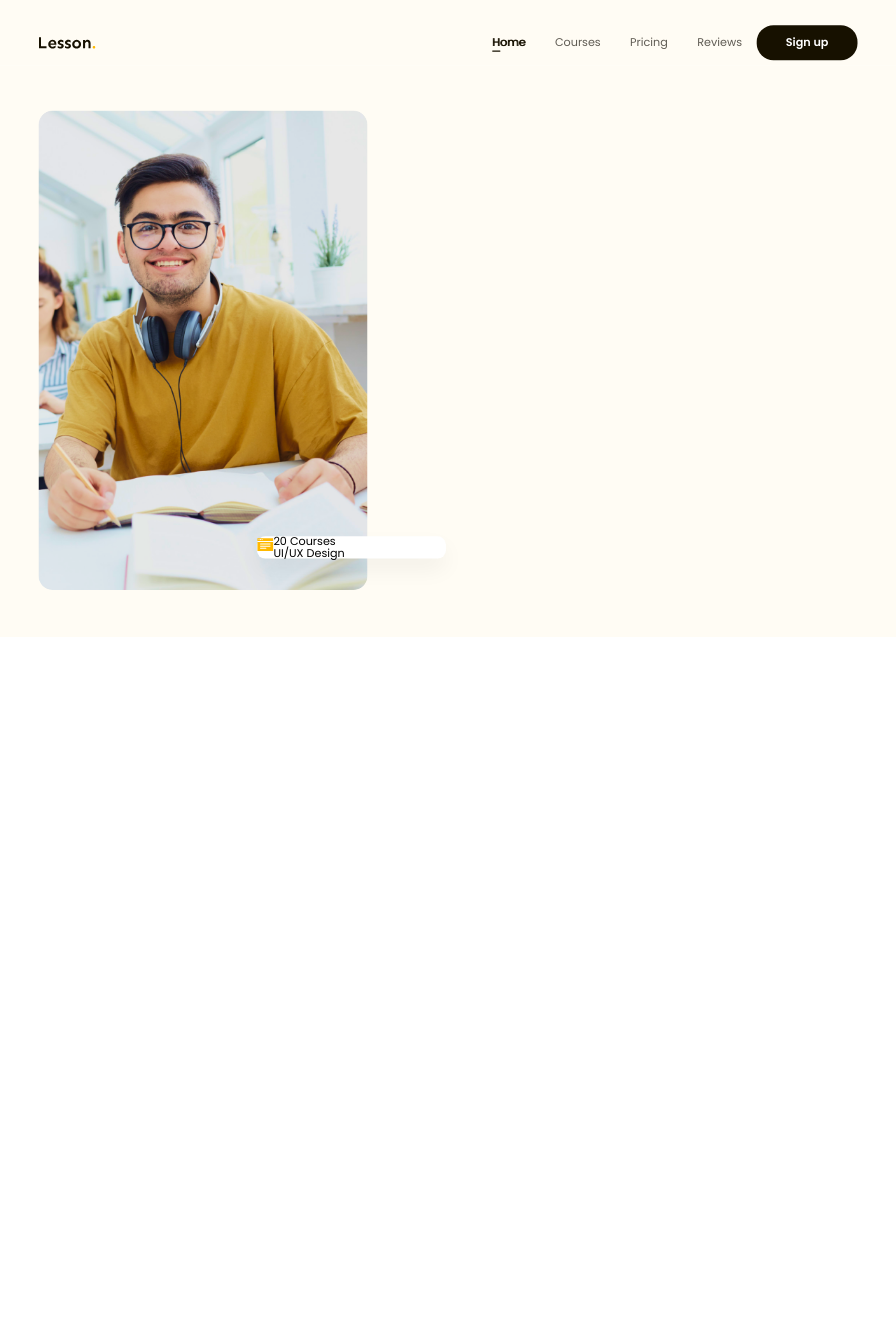
Repository: empty24062002/f8-htmlcss-02
Page: index.html
The author's editor kept a copy of each file at every save. The page is drawn from the files as they stood at one save, then again after the next save.
The browser window is 1280 px wide. The pictures show the part of the page from y = 0 to 1920 px (the page is 5094 px tall), at 70% of full size.

Above is the page before, as saved 2023-07-18 08:55:45.

### index.html
<!DOCTYPE html>
<html lang="en">
    <head>
        <meta charset="UTF-8" />
        <meta name="viewport" content="width=device-width, initial-scale=1.0" />
        <title>F8 Project 02</title>
        <!-- Reset css -->
        <link rel="stylesheet" href="./assets/css/reset.css" />
        <!-- Embed font -->
        <link rel="preconnect" href="https://fonts.googleapis.com" />
        <link rel="preconnect" href="https://fonts.gstatic.com" crossorigin />
        <link
            href="https://fonts.googleapis.com/css2?family=Poppins:wght@400;500;600;700&family=Sen:wght@700&display=swap"
            rel="stylesheet"
        />
        <!-- Styles -->
        <link rel="stylesheet" href="./assets/css/styles.css" />
    </head>
    <body>
        <header class="header fixed">
            <div class="main-content">
                <div class="body">
                    <img
                        src="./assets/img/logo.svg"
                        alt="lesson."
                        class="logo"
                    />
                    <!-- nav -->
                    <nav class="nav">
                        <ul>
                            <li class="active">
                                <a href="">Home</a>
                            </li>
                            <li>
                                <a href="">Courses</a>
                            </li>
                            <li>
                                <a href="">Pricing</a>
                            </li>
                            <li>
                                <a href="">Reviews</a>
                            </li>
                        </ul>
                    </nav>
                    <div class="action">
                        <a href="#!" class="btn sign-up-btn">Sign up</a>
                    </div>
                </div>
            </div>
        </header>
        <main style="height: 5000px">
            <!-- Hero -->
            <div class="hero">
                <div class="main-content">
                    <div class="hero-body">
                        <!-- Left -->
                        <div class="media-block">
                            <img
                                src="./assets/img/media-block.png"
                                alt="Learn without limits and spread knowledge."
                                class="img"
                            />

                            <div class="hero-summary">
                                <div class="item">
                                    <div class="icons">
                                        <img
                                            src="./assets/icons/icon1.svg"
                                            alt=""
                                        />
                                    </div>
                                    <div class="info">
                                        <p class="lable">20 Courses</p>
                                        <p class="title">UI/UX Design</p>
                                    </div>
                                </div>
                            </div>
                        </div>
                    </div>
                </div>
            </div>
        </main>
    </body>
</html>

### assets/css/styles.css
* {
    box-sizing: border-box;
}

:root {
    --font-heading: Sen, sans-serif;
}

html {
    font-size: 62.5%;
}

body {
    font-size: 1.6rem;
    font-family: "Poppins", sans-serif;
}

/* Common */
a {
    text-decoration: none;
}

.main-content {
    width: 1170px;
    max-width: calc(100% - 48px);
    margin-left: auto;
    margin-right: auto;
}

.btn {
    display: inline-block;
    min-width: 118px;
    padding: 0 16px;
    font-size: 1.6rem;
    font-weight: 600;
    line-height: 50px;
    border-radius: 24px;
    background: #171100;
    text-align: center;
    color: #fff;
}

/* Header */
.header {
    background: #fffcf4;
}

.header .fixed {
    position: sticky;
    top: -28px;
    z-index: 1;
}

.header .body {
    display: flex;
    align-items: center;
    padding: 36px 0 8px;
}

.nav {
    margin-left: auto;
}

.nav ul {
    display: flex;
}

.nav a {
    position: relative;
    padding: 8px 21px;
    color: #5f5b53;
    font-size: 1.6rem;
}

.nav a:hover,
.nav li.active a {
    /* font-weight: 600; */
    text-shadow: 1px 0 0 currentColor;
    color: #171100;
}

.nav li.active a::after {
    position: absolute;
    content: "";
    bottom: 6px;
    left: 21px;
    width: 12px;
    height: 2px;
    border-radius: 1px;
    background: #171100;
}

.header .sign-up-btn {
    min-width: 144px;
}

/* Hero */
.hero {
    padding: 64px 0;
    background-color: #fffcf4;
}

.hero .media-block {
    position: relative;
    width: 48%;
}

.hero .media-block .img {
    width: 470px;
    height: 685px;
    object-fit: cover;
    border-radius: 20px;
}

.hero .hero-summary {
    position: absolute;
    width: 270px;
    right: -20px;
    bottom: 48px;
    border-radius: 12px;
    background: #fff;
    box-shadow: 0px 16px 32px 0px rgba(0, 0, 0, 0.05);
}

.hero .hero-summary .item {
    display: flex;
}

Loaded but not shown: assets/css/reset.css (common file)

After the next save:
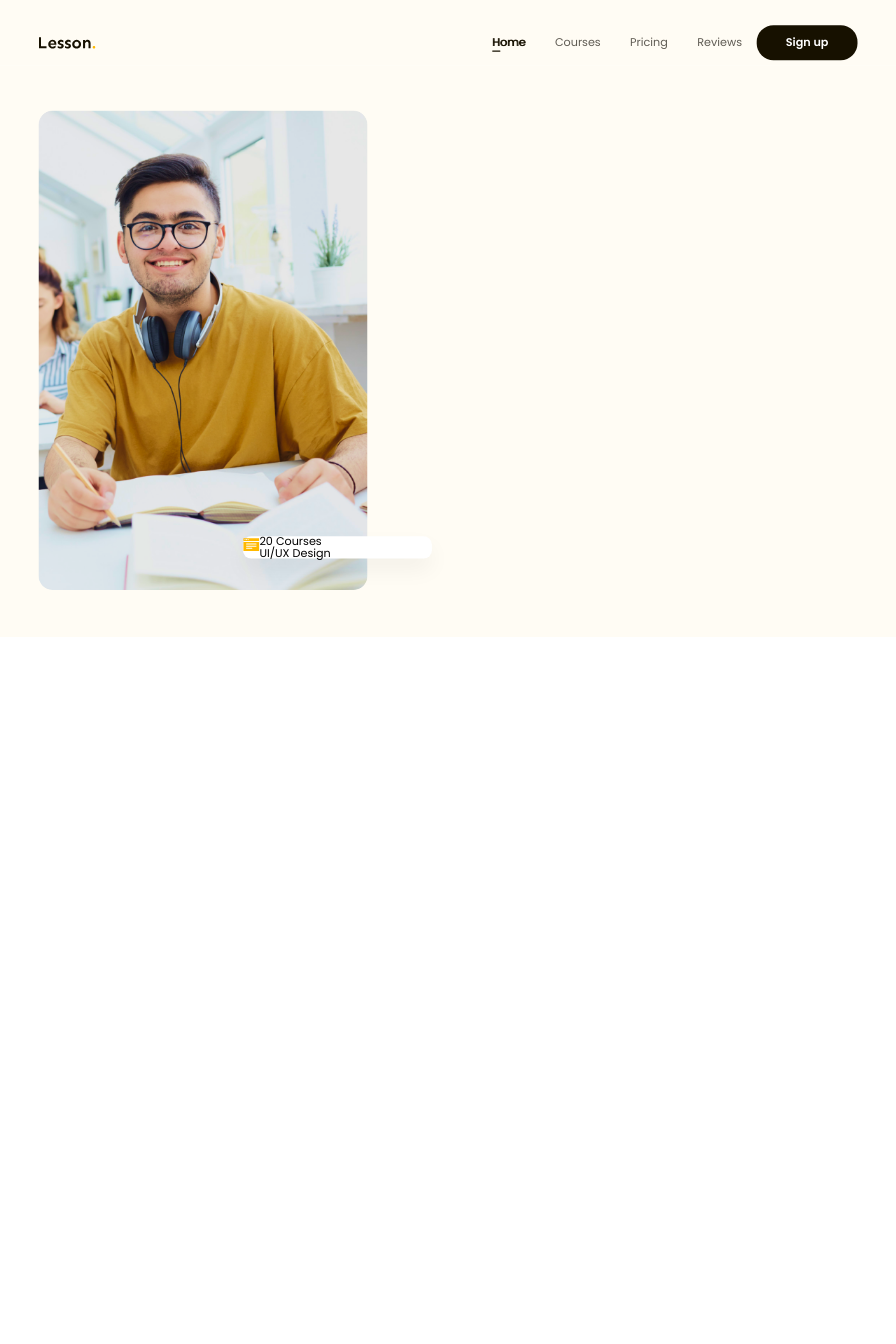
Saved 12 s later.
--- a/assets/css/styles.css
+++ b/assets/css/styles.css
@@ -115,7 +115,7 @@
 .hero .hero-summary {
     position: absolute;
     width: 270px;
-    right: -20px;
+    right: 0;
     bottom: 48px;
     border-radius: 12px;
     background: #fff;
